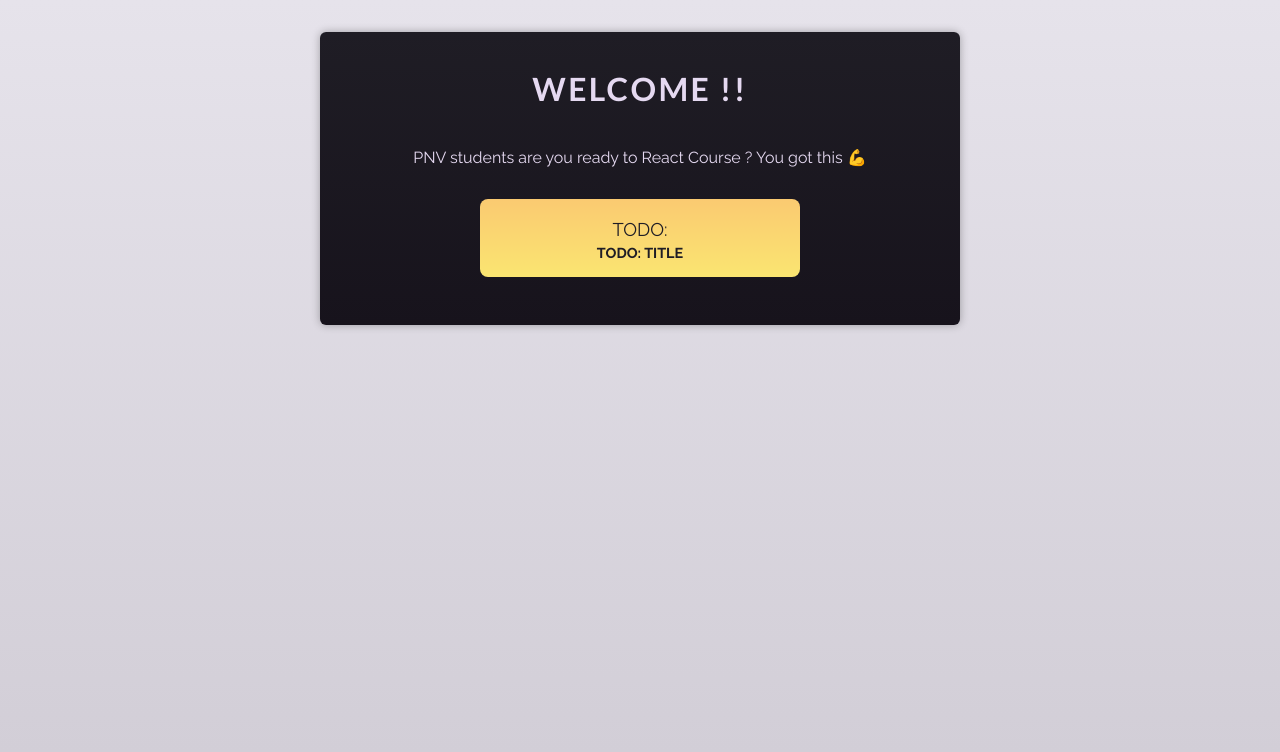
Repository: SoutPanhavon168/S2---PRACTICE---Props---List-display
Page: / (app in exercise-1/)
These files come from the project's save history. The page is drawn as it stood at one moment and after a run of saves; the edit follows.
The browser window is 1280 px wide. The pictures show the whole page.
The project was rebuilt for these pictures with package versions that can differ from the ones it lists, and the page was loaded fresh each time. Also part of the build but not shown: exercise-1/vite.config.js.

Above is the page before, as saved 2025-02-27 13:56:15.

After the next 3 saves:
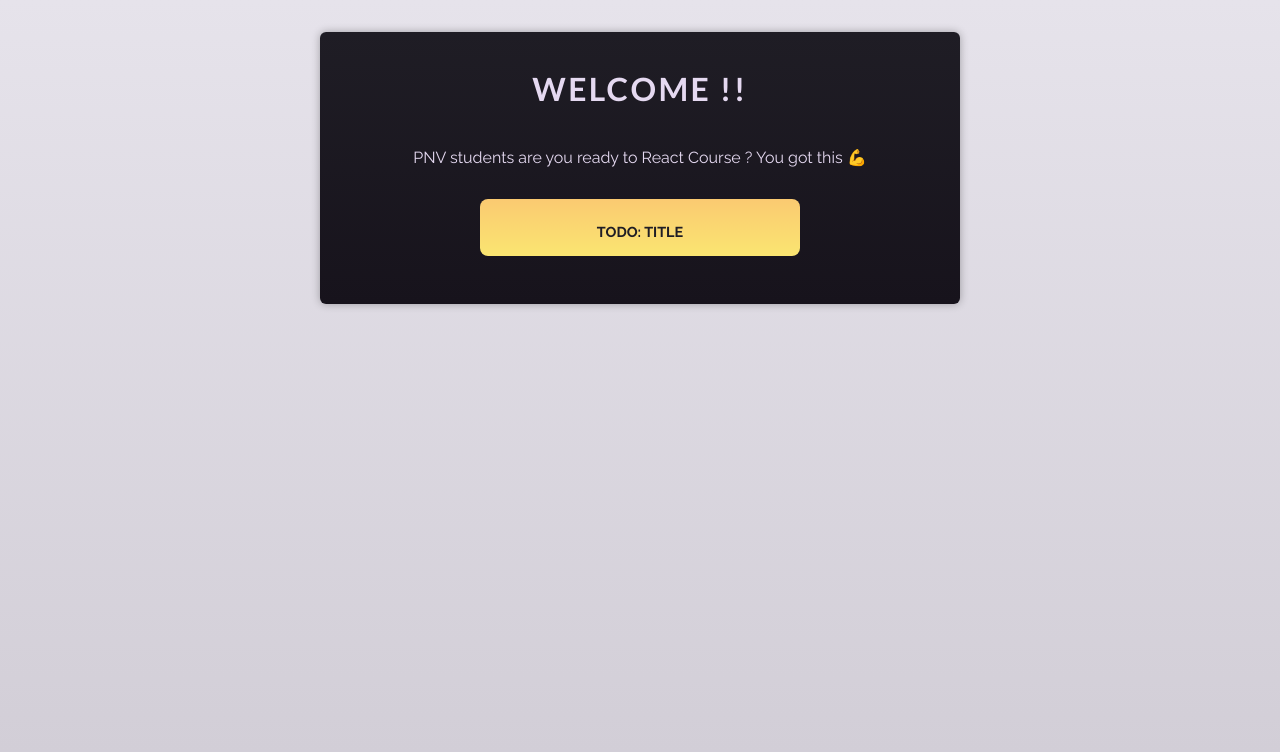
The 3 saves are shown as one change because 1 did not build or start and some came seconds apart.
The last was saved 19 s later.
--- a/exercise-1/src/App.jsx
+++ b/exercise-1/src/App.jsx
@@ -10,7 +10,7 @@ export const userData = {
 export function User({firstName , lastName , title}) {
   return (
     <div id="user" data-testid="user">
-      <h2>TODO: {firstName} </h2>
+      <h2>{firstName} {lastName}</h2>
       <p>TODO: TITLE</p>
     </div>
   );
